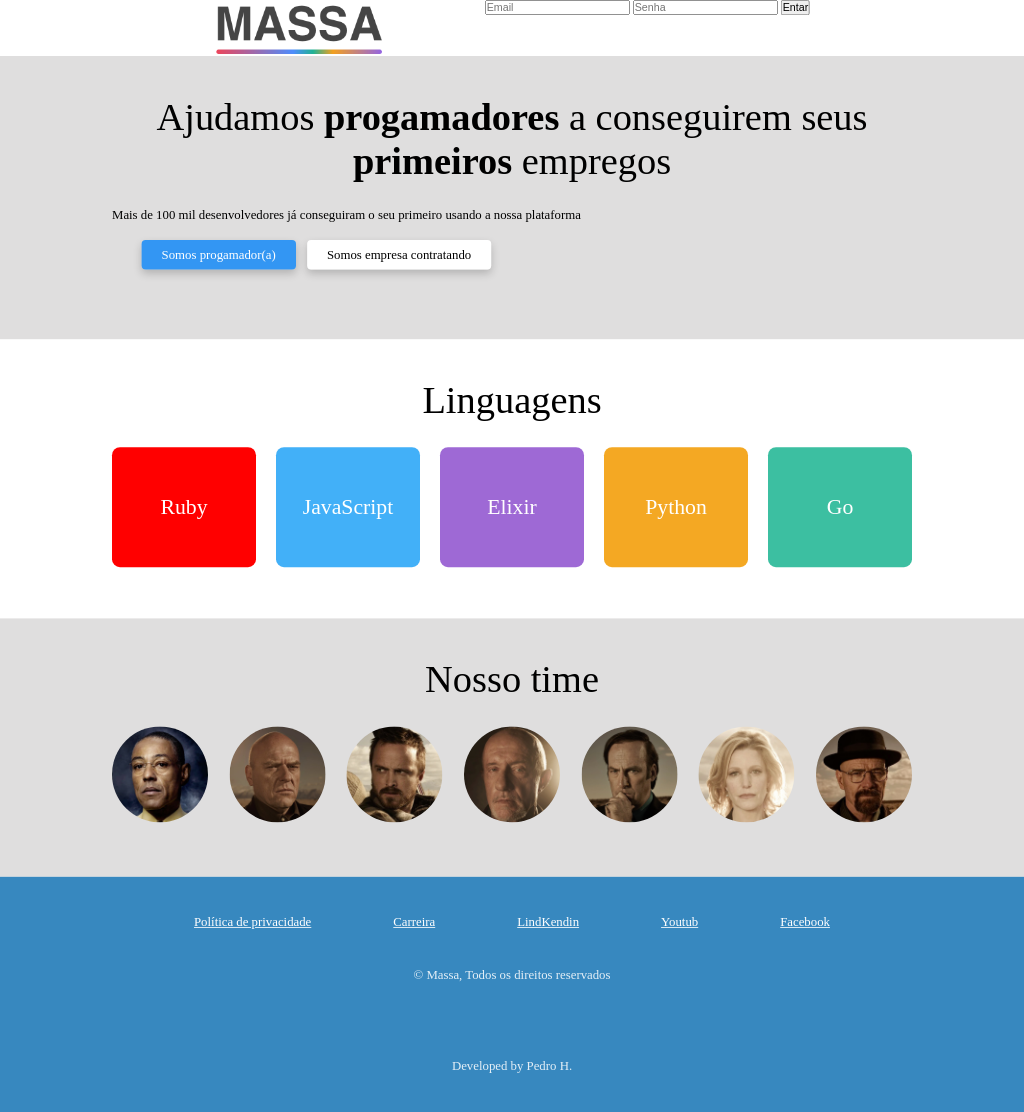
Repository: luizgaivaa/ProjetoSite
Page: index.html
An editor plug-in stored every save of this project. The page is shown before and after the next save, followed by the edit.
The browser window is 1280 px wide. The pictures show the whole page, at 80% of full size.

Above is the page before, as saved 2024-03-19 13:20:12.

### index.html
<!DOCTYPE html>
<html lang="pt-br">
<head>
    <meta charset="UTF-8">
    <meta name="viewport" content="width=device-width, initial-scale=1.0">
    <title>Massa</title>
    <link rel="icon" href="react-icon.png">
    <link rel="stylesheet" href="style.css">

    <link rel="preconnect" href="https://fonts.googleapis.com">
    <link rel="preconnect" href="https://fonts.gstatic.com" crossorigin>
    <link href="https://fonts.googleapis.com/css2?family=Roboto:ital,wght@0,100;0,300;0,400;0,500;0,700;0,900;1,100;1,300;1,400;1,500;1,700;1,900&display=swap" rel="stylesheet">

</head>
<body>
        <header>

            <div class="container">

                <div class="logo">

                    <img src="imagens/logo.png" alt-="">

                </div>
                <div class="sing-in">
                <form action="#">

                    <input type="email" name="email" id="email" placeholder="Email">
                    <input type="password" name="password" id="password" placeholder="Senha">
                    <button type="submit">Entar</button>

                </form>
                </div>
            </div>

        </header>

    <main>

        <section class="intro gray">

            <div class="container">

                <h1 class="title">Ajudamos <strong>progamadores</strong> a conseguirem seus <strong>primeiros</strong> empregos</h1>
                <p>Mais de 100 mil desenvolvedores já conseguiram o seu primeiro usando a nossa plataforma</p>

                <div class="cta">
                    <a href="https://www.youtube.com/watch?v=u7E6Mn4hLAI" class="button primary">Somos progamador(a)</a>
                    <a href="https://www.youtube.com/watch?v=dQw4w9WgXcQ" class="button second">Somos empresa contratando</a>
                </div>

            </div>

        </section>

        <section class="languages">

            <div class="container">

                <h1 class="title">Linguagens</h1>

                <div class="Card">

                    <div class="card red">Ruby</div>
                    <div class="card blue">JavaScript</div>
                    <div class="card purple">Elixir</div>
                    <div class="card yellow">Python</div>
                    <div class="card green">Go</div>

                </div>

            </div>
        </section>

        <section class="team gray">

            <div class="container">

                <h1 class="title">Nosso time</h1>

                <div class="members">

                    <div class="Gus"><img src="team/gus.jpg" alt=""></div>
                    <div class="Hank"><img src="team/hank.jpg" alt=""></div>
                    <div class="Jesse"><img src="team/jesse.jpg" alt=""></div>
                    <div class="Mike"><img src="team/mike.jpg" alt=""></div>
                    <div class="Saul"><img src="team/saul.jpg" alt=""></div>
                    <div class="Skyler"><img src="team/skyler.jpg" alt=""></div>
                    <div class="walter"><img src="team/walter.jpg" alt=""></div>

                </div>

            </div>

        </section>

    </main>
        <footer>
            <div class="container">
                <ul>

                    <li><a href="https://www.leagueoflegends.com/pt-br/">Política de privacidade</a></li>
                    <li><a href="https://www.google.com/imgres?imgurl=https%3A%2F%2Fimages.contentstack.io%2Fv3%2Fassets%2Fblt731acb42bb3d1659%2Fblte466f329caecef3b%2F60887196f07013101daf0872%2FdevRammus_header.jpg&tbnid=cw0laePT7olaPM&vet=12ahUKEwje2tjspO-EAxUsuZUCHVRWCNwQMygBegQIARBN..i&imgrefurl=https%3A%2F%2Fwww.leagueoflegends.com%2Fpt-br%2Fnews%2Fdev%2Fdev-rammus-de-rift-a-rift%2F&docid=4QQPyuHJoJCulM&w=1920&h=1080&q=rammus%20lol&ved=2ahUKEwje2tjspO-EAxUsuZUCHVRWCNwQMygBegQIARBN">Carreira</a></li>
                    <li><a href="#">LindKendin</a></li>
                    <li><a href="#">Youtub</a></li>
                    <li><a href="#">Facebook</a></li>

                </ul>

                    <p class="copyright">© Massa, Todos os direitos reservados</p>
                    <p class="copyright">Developed by Pedro H.</p>

            </div>

        </footer>
</body>
</html>

### style.css
/*reset CSS*/

*{
    margin: 0;
    padding: 0;
    box-sizing: 0;
}

body{
    background-color: rgb(255, 255, 255);
}

.roboto-thin {
    font-family: "Roboto", sans-serif;
    font-weight: 100;
    font-style: normal;
  }

  .roboto-light {
    font-family: "Roboto", sans-serif;
    font-weight: 300;
    font-style: normal;
  }

  .roboto-regular {
    font-family: "Roboto", sans-serif;
    font-weight: 400;
    font-style: normal;
  }

  .roboto-medium {
    font-family: "Roboto", sans-serif;
    font-weight: 500;
    font-style: normal;
  }

  .roboto-bold {
    font-family: "Roboto", sans-serif;
    font-weight: 700;
    font-style: normal;
  }

  .roboto-black {
    font-family: "Roboto", sans-serif;
    font-weight: 900;
    font-style: normal;
  }

  .roboto-thin-italic {
    font-family: "Roboto", sans-serif;
    font-weight: 100;
    font-style: italic;
  }

  .roboto-light-italic {
    font-family: "Roboto", sans-serif;
    font-weight: 300;
    font-style: italic;
  }

  .roboto-regular-italic {
    font-family: "Roboto", sans-serif;
    font-weight: 400;
    font-style: italic;
  }

  .roboto-medium-italic {
    font-family: "Roboto", sans-serif;
    font-weight: 500;
    font-style: italic;
  }

  .roboto-bold-italic {
    font-family: "Roboto", sans-serif;
    font-weight: 700;
    font-style: italic;
  }

  .roboto-black-italic {
    font-family: "Roboto", sans-serif;
    font-weight: 900;
    font-style: italic;
  }

   .container {
    width: 1000px;
    margin: auto;
    padding: 0 1rem;

   }

   .gray {
    background-color:rgb(223, 222, 222)
   }

   .intro_gray {
    background-color:rgb(223, 222, 222)
   }

   .intro p{
    margin: 1rem 0;
    font-size: 1.5 rem;
    font-weight: 100;
   }

   h1 {
    font-size: 3rem;
    font-weight: normal;
   }

   h1.title {
    margin-bottom: 2rem;
    text-align: center;
    /* font-weight: bold; */
   }

   section {
    padding: 3rem 0 4rem 0;
   }

   .intro .cta {
    margin: 2rem;
   }

   .button {
    /*background-color: #3396f3;
    color: white;*/
    padding: 10px 25px;
    text-decoration: none;
    border-radius: 5px;
    margin: 5px;
    box-shadow: 0 5px 10px 0 rgba(0, 0, 0, 0.2);
   }

   .button:hover {
    box-shadow: 0 5px 10px 0 rgba(0, 0, 0, 0.5);
   }


   .primary {
    background-color: #3396f3;
    color: white;
   }

   .second {
    background-color: white;
    color: black;
   }

   .Card {
    display: flex;
    justify-content: space-between;
   }

   .card {
      display: flex;
      flex-direction: column;
      justify-content: center;
      text-align: center;

      width: 18%;
      height: 150px;
      border-radius: 10px;
      color: white;
      font-size: 1.7rem;
    }

   .card.red {
      background-color: red;
   }

   .card.blue {
    background-color: #42b0f8;
   }

   .card.purple {
    background-color: #9e69d5;
   }

   .card.yellow {
    background-color: #f4a823;
   }

   .card.green {
    background-color: #3cbfa1;
   }

   .members {
    display: flex;
    justify-content: space-between;
   }

   .members img {
    width: 120px;
    height: 120px;
    border-radius: 50%;
   }

   footer {
    background-color: #3788bf ;
   }

   footer ul{
    display: flex;
    justify-content: space-evenly;
    padding-top: 3rem;
    list-style-type: none;
   }

   footer a{
    color: white;
   }
   footer p.copyright{
    padding: 3rem 0;
    color: #ffffffdd;
    text-align: center;
   }

   header div{
    display: flex;
    justify-content: space-evenly;
    padding: 2 rem;
   }
   .logo img {
    width: 211px;
   }

After the next save:
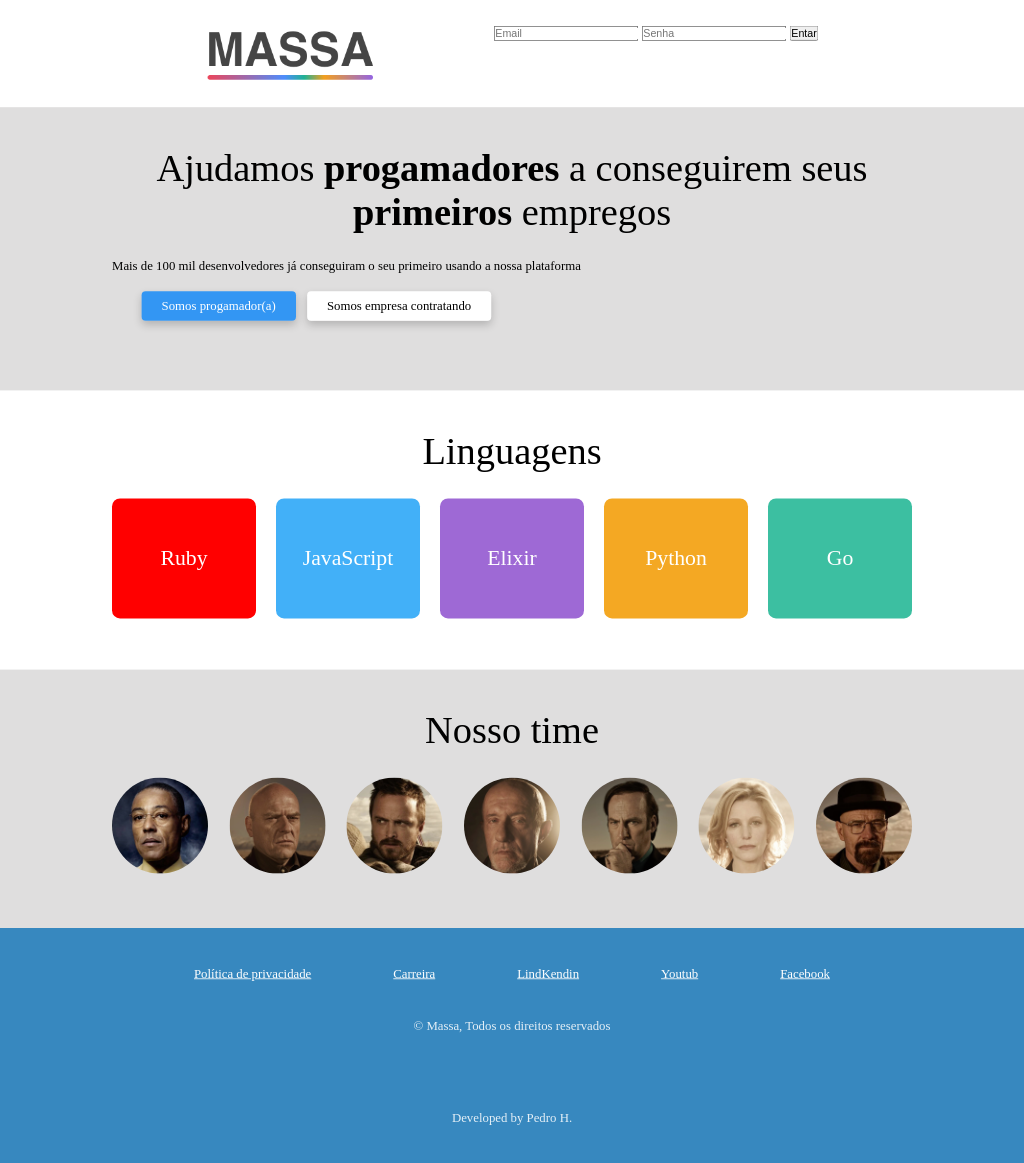
Saved 27 s later.
--- a/style.css
+++ b/style.css
@@ -219,7 +219,7 @@
    header div{
     display: flex;
     justify-content: space-evenly;
-    padding: 2 rem;
+    padding: 2rem;
    }
    .logo img {
     width: 211px;
